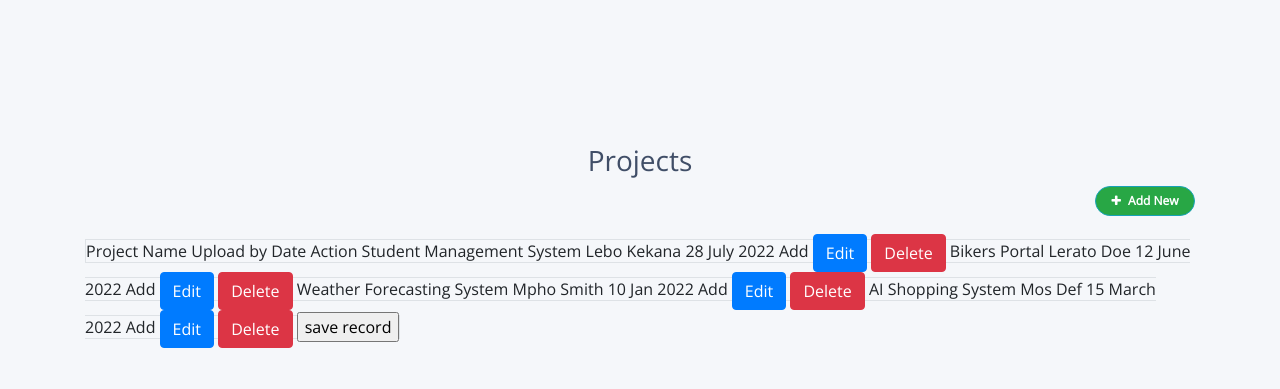
Repository: nkululeko-ndovela/Django_App
Page: Project/templates/index.html
These files come from the project's save history. The page is drawn as it stood at one moment and after a run of saves; the edit follows.
The browser window is 1280 px wide. The pictures show the whole page.
Some web fonts or font styles are not loaded; a fallback is used. The template is drawn by Django 3.2. The application's start-up code is not run. Other server files are loaded and not shown. The template is opened directly, without the code that normally fills it, so the values that code supplies are empty.

Above is the page before, as saved 2021-10-20 09:01:01.

### Project/templates/index.html
<!DOCTYPE html>
<html lang="en">
<head>
<meta charset="utf-8">
<meta name="viewport" content="width=device-width, initial-scale=1, shrink-to-fit=no">
<title>Projects</title>
<link rel="stylesheet" href="https://fonts.googleapis.com/css?family=Roboto|Varela+Round|Open+Sans">
<link rel="stylesheet" href="https://stackpath.bootstrapcdn.com/bootstrap/4.5.0/css/bootstrap.min.css">
<link rel="stylesheet" href="https://fonts.googleapis.com/icon?family=Material+Icons">
<link rel="stylesheet" href="https://maxcdn.bootstrapcdn.com/font-awesome/4.7.0/css/font-awesome.min.css">
<script src="https://code.jquery.com/jquery-3.5.1.min.js"></script>
<script src="https://cdn.jsdelivr.net/npm/popper.js@1.16.0/dist/umd/popper.min.js"></script>
<script src="https://stackpath.bootstrapcdn.com/bootstrap/4.5.0/js/bootstrap.min.js"></script>
<style>
body {
    color: #404E67;
    background: #F5F7FA;
    font-family: 'Open Sans', sans-serif;
}
h3 {
    text-align: center;
}

.table-title {
    padding-bottom: 10px;
    margin: 0 0 10px;
}
.table-title h2 {
    margin: 6px 0 0;
    font-size: 22px;
}
.table-title .add-new {
    float: right;
    height: 30px;
    font-weight: bold;
    font-size: 12px;
    text-shadow: none;
    min-width: 100px;
    border-radius: 50px;
    line-height: 13px;
}
.table-title .add-new i {
    margin-right: 4px;
}
table.table {
    table-layout: fixed;
}
table.table tr th, table.table tr td {
    border-color: #e9e9e9;
}
table.table th i {
    font-size: 13px;
    margin: 0 5px;
    cursor: pointer;
}
table.table th:last-child {
    width: 200px;
}
table.table td a {
    cursor: pointer;
    display: inline-block;
    margin: 0 5px;
    min-width: 16px;
}
table.table td a.add {
    color: #00ff73;
}
table.table td a.edit {
    color: #ffffff;
}
table.table td a.delete {
    color: #ffffff;
}
table.table td i {
    font-size: 16px;
}
table.table td a.add i {
    font-size: 24px;
    margin-right: -1px;
    position: relative;
    top: 3px;
}
table.table .form-control {
    height: 32px;
    line-height: 32px;
    box-shadow: none;
    border-radius: 2px;
}
table.table .form-control.error {
    border-color: #f50000;
}
table.table td .add {
    display: none;
}
</style>
<script>
$(document).ready(function(){
	$('[data-toggle="tooltip"]').tooltip();
	var actions = $("table td:last-child").html();

    $(".add-new").click(function(){
		$(this).attr("disabled", "disabled");
		var index = $("table tbody tr:last-child").index();
        var row = '<tr>' +
            '<td><input type="text" class="form-control" name="Project_Name" id="Project_Name"></td>' +
            '<td><input type="text" class="form-control" name="Upload_By" id="Upload_By"></td>' +
            '<td><input type="text" class="form-control" name="dated" id="dated"></td>' +
			'<td>' + actions + '</td>' +
        '</tr>';
    	$("table").append(row);
		$("table tbody tr").eq(index + 1).find(".add, .edit").toggle();
        $('[data-toggle="tooltip"]').tooltip();
    });
	$(document).on("click", ".add", function(){
		var empty = false;
		var input = $(this).parents("tr").find('input[type="text"]');
        input.each(function(){
			if(!$(this).val()){
				$(this).addClass("error");
				empty = true;
			} else{
                $(this).removeClass("error");
            }
		});
		$(this).parents("tr").find(".error").first().focus();
		if(!empty){
			input.each(function(){
				$(this).parent("td").html($(this).val());
			});
			$(this).parents("tr").find(".add, .edit").toggle();
			$(".add-new").removeAttr("disabled");
		}
    });

	$(document).on("click", ".edit", function(){
        $(this).parents("tr").find("td:not(:last-child)").each(function(){
			$(this).html('<input type="text" class="form-control" value="' + $(this).text() + '">');
		});
		$(this).parents("tr").find(".add, .edit").toggle();
		$(".add-new").attr("disabled", "disabled");
    });

	$(document).on("click", ".delete", function(){
        $(this).parents("tr").remove();
		$(".add-new").removeAttr("disabled");
    });
});
</script>
</head>
<body><br><br><br><br><br><br>
    <h3>Projects</h3>
<div class="container-lg">
    <div class="table-responsive">
            <div class="table-title">
                <div class="row">

                    <div class="col-sm-12">
                        <button type="button" class="btn btn-info add-new bg-success"><i class="fa fa-plus"></i> Add New</button>
                    </div><br><br>

            </div>
            <FOR
            <table class="table table-bordered">
                {% csrf_token %}
                <thead>
                    <tr>
                        <th>Project Name</th>
                        <th>Upload by</th>
                        <th>Date</th>
                        <th>Action</th>
                    </tr>
                </thead>
                <tbody>
                    <tr>
                        <td>Student Management System</td>
                        <td>Lebo Kekana</td>
                        <td>28 July 2022</td>
                        <td>
                            <a class="add" title="Add" data-toggle="tooltip">Add</a>
                            <button type="button" class="btn btn-primary"><a class="edit" title="Edit" data-toggle="tooltip">Edit</a></button>

                            <button type="button" class="btn btn-danger"><a class="delete" title="Delete" data-toggle="tooltip">Delete</a></button>
                        </td>
                    </tr>
                    <tr>
                        <td>Bikers Portal</td>
                        <td>Lerato Doe</td>
                        <td>12 June 2022</td>
                        <td>
                            <a class="add" title="Add" data-toggle="tooltip">Add</a>
                            <button type="button" class="btn btn-primary"><a class="edit" title="Edit" data-toggle="tooltip">Edit</a></button>

                            <button type="button" class="btn btn-danger"><a class="delete" title="Delete" data-toggle="tooltip">Delete</a></button>
                        </td>
                    </tr>
                    <tr>
                        <td>Weather Forecasting System</td>
                        <td>Mpho Smith</td>
                        <td>10 Jan 2022</td>
                        <td>
                            <a class="add" title="Add" data-toggle="tooltip">Add</a>
                            <button type="button" class="btn btn-primary"><a class="edit" title="Edit" data-toggle="tooltip">Edit</a></button>

                            <button type="button" class="btn btn-danger"><a class="delete" title="Delete" data-toggle="tooltip">Delete</a></button>
                        </td>
                    </tr>
                    <tr>
                        <td>AI Shopping System</td>
                        <td>Mos Def</td>
                        <td>15 March 2022</td>
                        <td>

                    <a class="add" title="Add" data-toggle="tooltip">Add</a>
                     <button type="button" class="btn btn-primary"><a class="edit" title="Edit" data-toggle="tooltip">Edit</a></button>
                      <button type="button" class="btn btn-danger"><a class="delete" title="Delete" data-toggle="tooltip">Delete</a></button>
                        </td>
                    </tr>
                </tbody>
            </table>
            <input type="submit" value = "save record"/>
        </div>
</div>
</div>
</body>
</html>

After the next 2 saves:
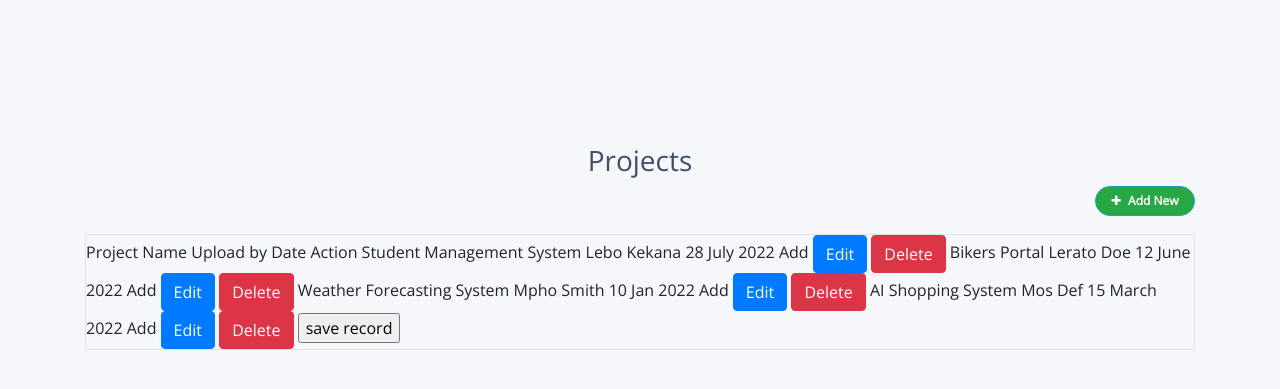
The 2 saves are shown as one change because they came seconds apart.
The last was saved 6 s later.
--- a/Project/templates/index.html
+++ b/Project/templates/index.html
@@ -159,7 +159,7 @@ $(document).ready(function(){
                     </div><br><br>
 
             </div>
-            <FOR
+            <form
             <table class="table table-bordered">
                 {% csrf_token %}
                 <thead>
